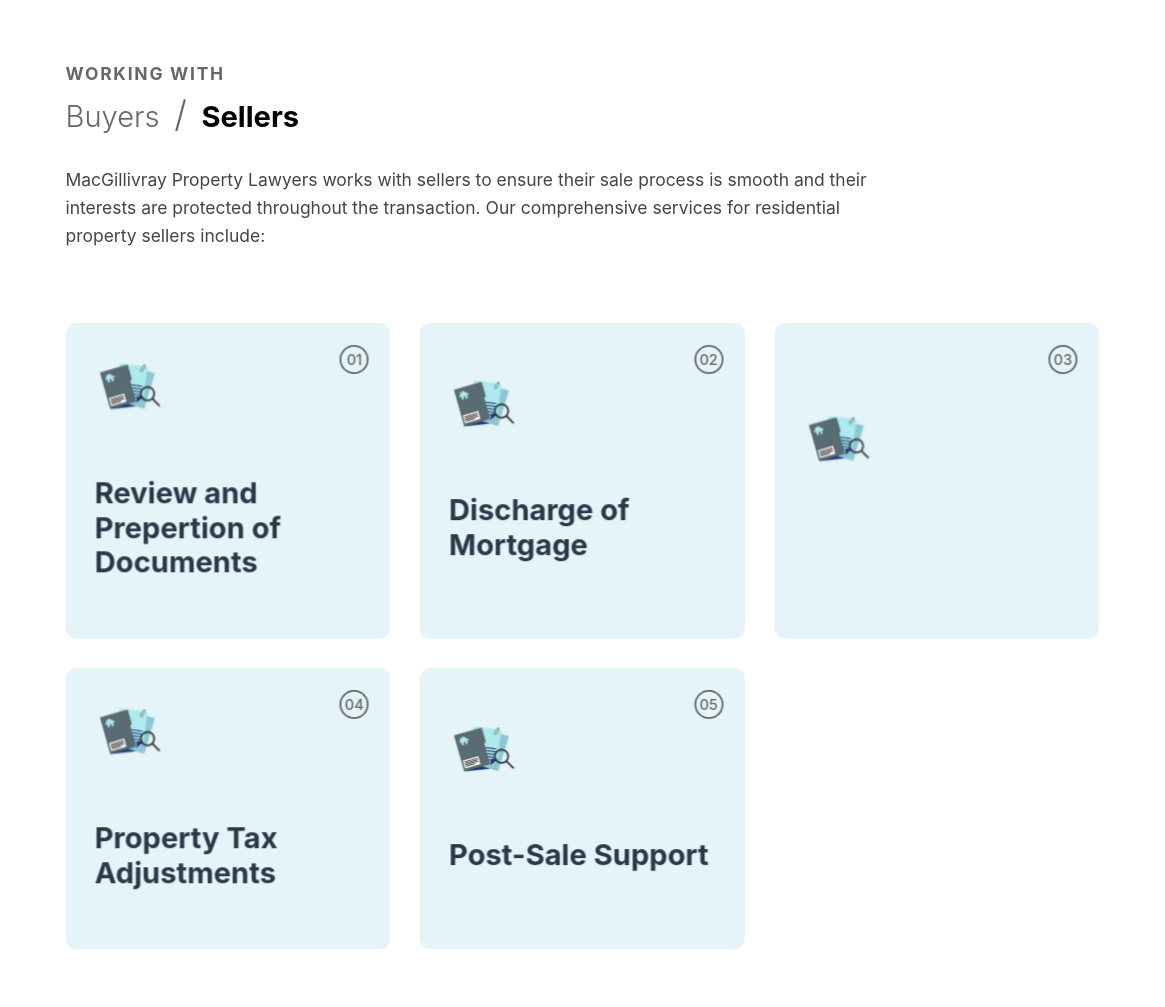
Repository: mibma/alphavent
Page: /sellers
The author's editor kept a copy of each file at every save. The page is drawn from the files as they stood at one save, then again after a run of saves.
The browser window is 1280 px wide. The pictures show the whole page, at 91% of full size.
The project was rebuilt for these pictures with package versions that can differ from the ones it lists, and the page was loaded fresh each time. The framework's server and built-in components were replaced by stand-ins that run in the browser.

Above is the page before, as saved 2025-04-24 18:13:19.

After the next 2 saves:
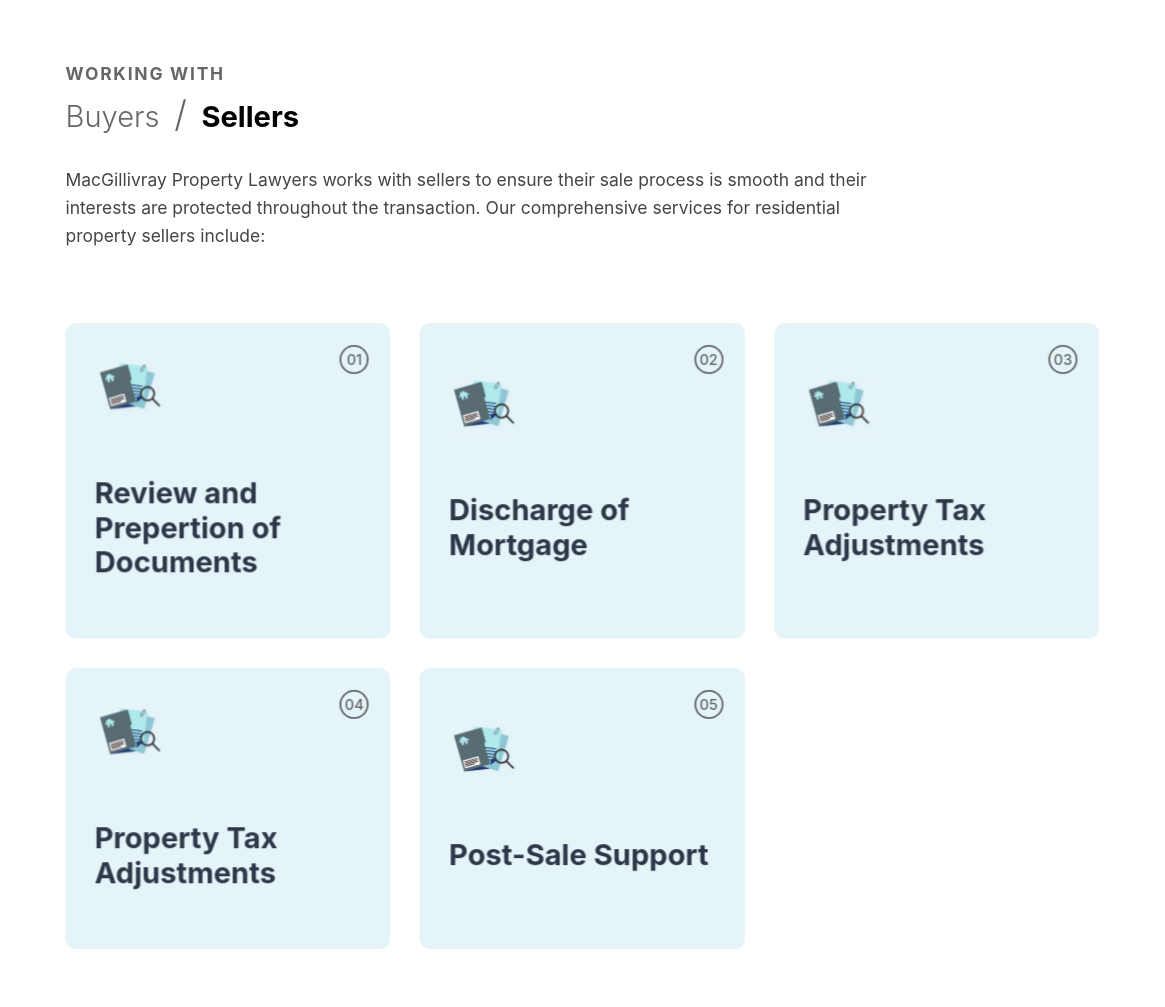
The 2 saves are shown as one change because they came seconds apart.
The last was saved 11 s later.
--- a/pages/sellers.js
+++ b/pages/sellers.js
@@ -18,7 +18,7 @@ const sellerServices = [
   },
   {
     id: '03',
-    title: '',
+    title: 'Property Tax Adjustments',
     icon: '/Capture.JPG'
   },
   {
